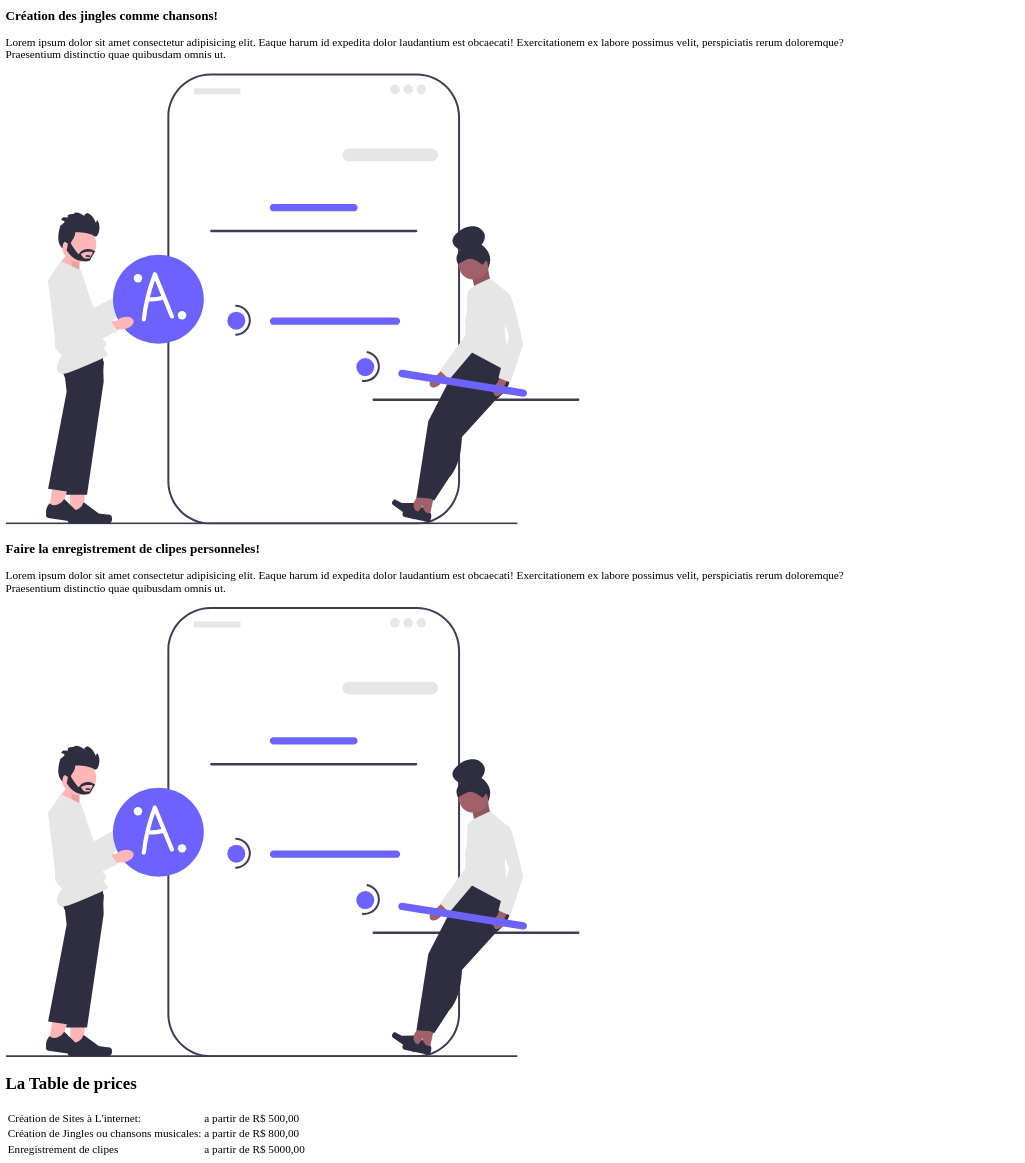
Repository: MarcioFreitasUFSC21/Proejct00
Page: ExampleSite/Assets/index2.html
The author's editor kept a copy of each file at every save. The page is drawn from the files as they stood at one save, then again after the next save.
The browser window is 1280 px wide. The page is 1464 px wide, so the pictures cover 1464 px, including what lies to the right of the window. The pictures show the part of the page from y = 1898 to 3578 px (the page is 3560 px tall before and 3578 px after), at 70% of full size.

Above is the page before, as saved 2023-03-18 18:00:37.

After the next save:
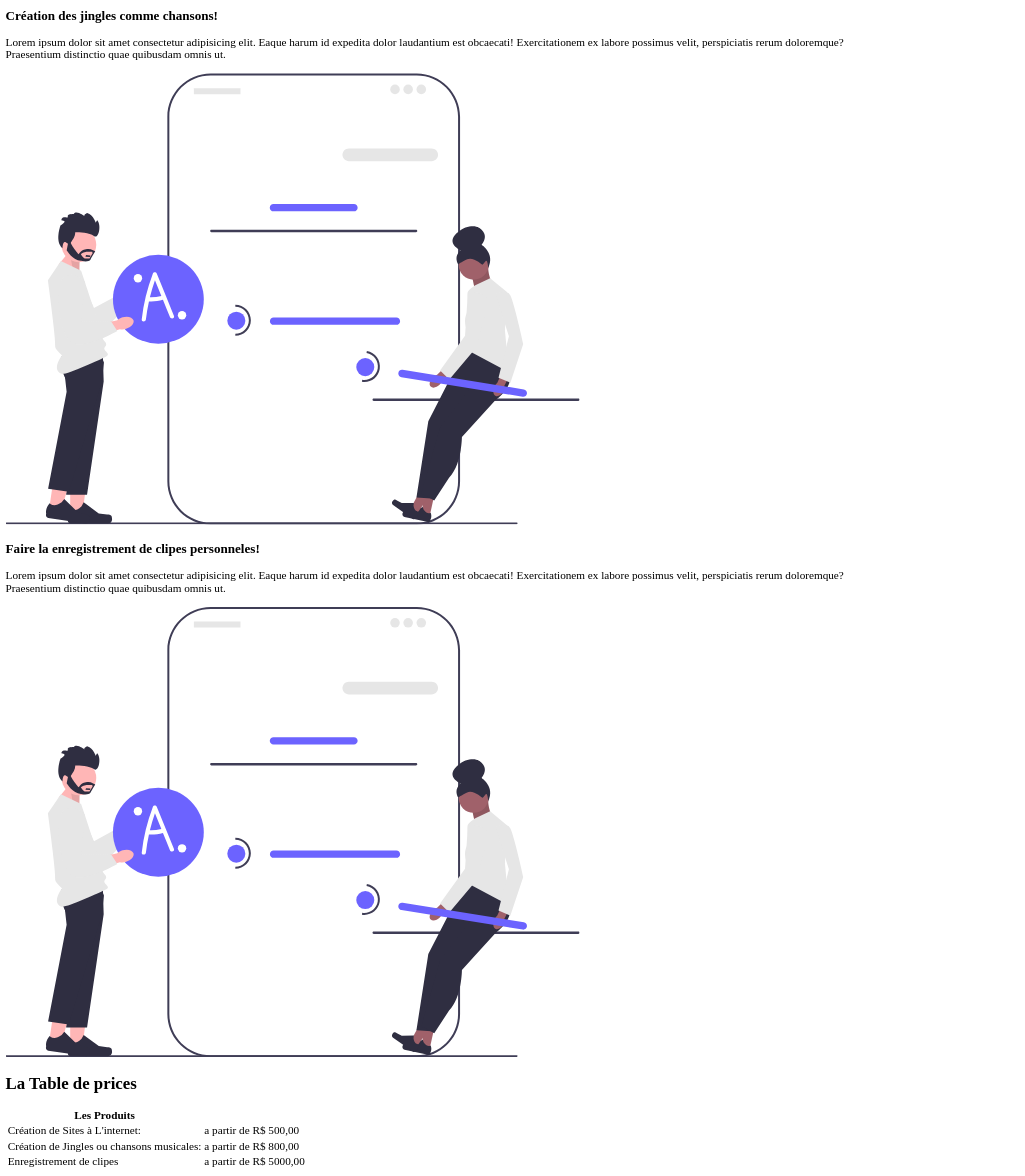
Saved 4 s later.
--- a/ExampleSite/Assets/index2.html
+++ b/ExampleSite/Assets/index2.html
@@ -64,7 +64,7 @@
             <h2> La Table de prices</h2>
             <table>
                 <thead>
-                    <th> </th>
+                    <th> Les Produits</th>
                 </thead>
                 <tbody>
                     <tr>
